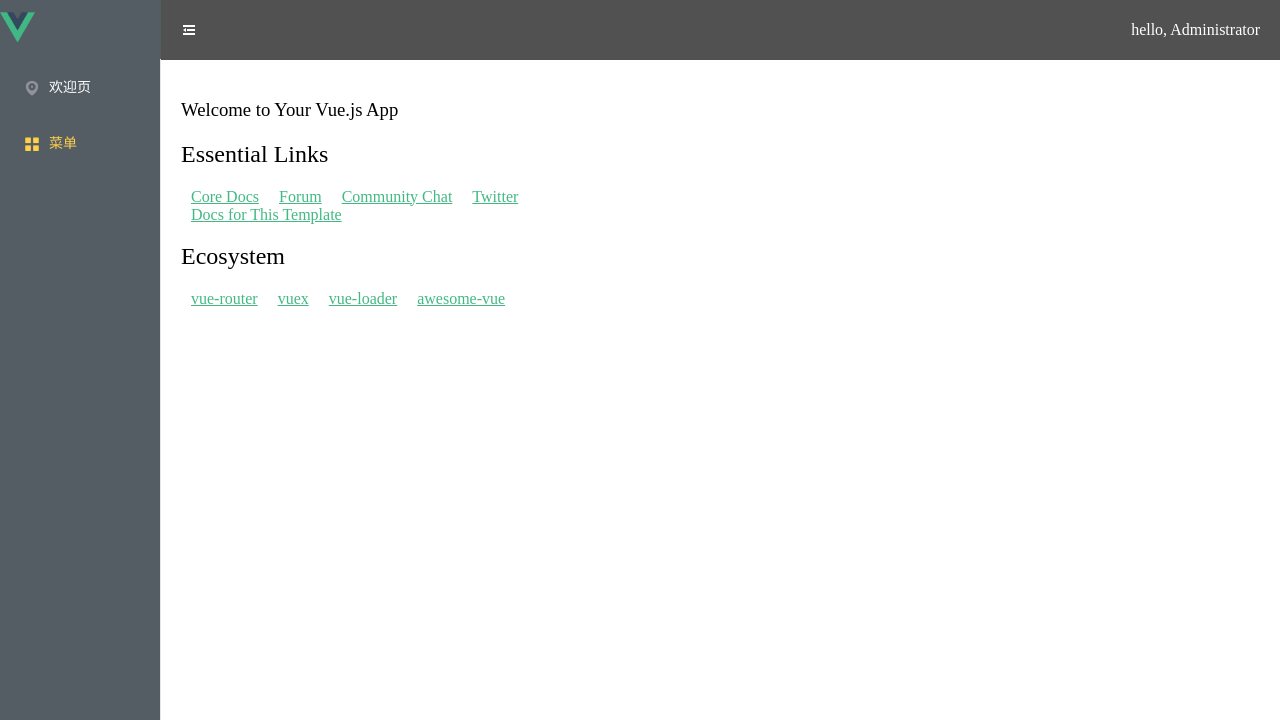
Repository: qianxuebing/admin
Page: /HelloWorld
An editor plug-in stored every save of this project. The page is shown before and after the next save, followed by the edit.
The browser window is 1280 px wide. The pictures show the whole page.
The project was rebuilt for these pictures with package versions that can differ from the ones it lists, and the page was loaded fresh each time. Imported but missing from the stored project, and not drawn on this page: src/views/home/Home.

Above is the page before, as saved 2019-12-09 16:36:12.

After the next save:
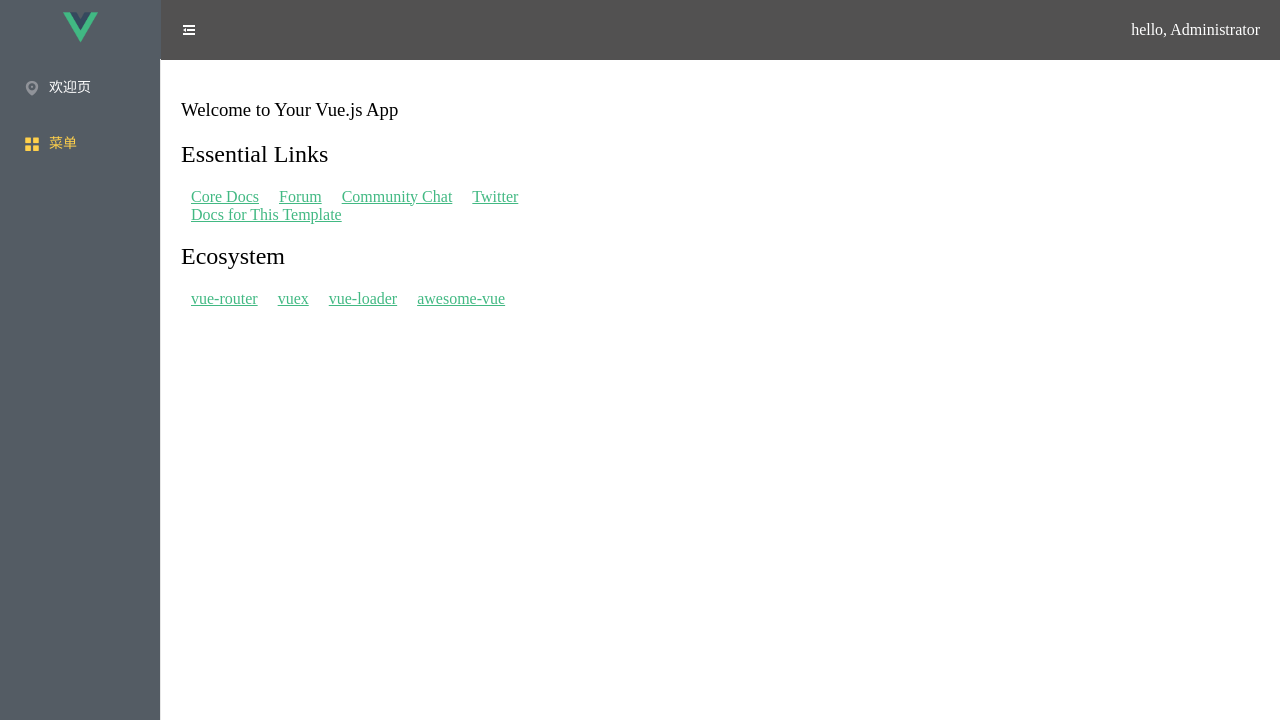
Saved 2 min 9 s later.
--- a/src/components/SideBar.vue
+++ b/src/components/SideBar.vue
@@ -1,10 +1,12 @@
 <template>
 <div class="side-bar">
-  <el-image
-    style="width: 35px; height: 35px"
-    :src="logo"
-    fit>
-  </el-image>
+  <div style="text-align: center">
+    <el-image
+      style="width: 35px; height: 35px"
+      :src="logo"
+      fit>
+    </el-image>
+  </div>
   <el-menu router :default-active="$route.path" class="el-menu-vertical-demo menu" :collapse="isActive" background-color="#545c64" text-color="#fff"  acitve-background-color="#001528" active-text-color="#ffd04b">
     <template v-for="item in sideBarData">
       <el-menu-item :index="item.path" :key="item.id">
